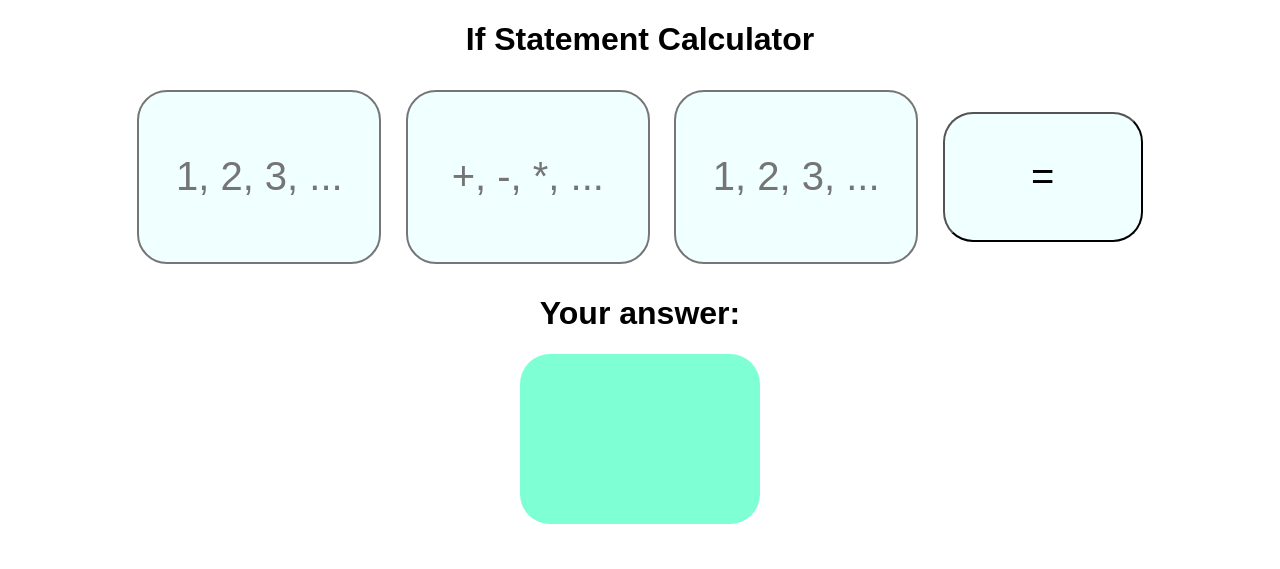
Repository: WesleyErasmus/threeInputCalculator
Page: html/if-calculator.html
These files come from the project's save history. The page is drawn as it stood at one moment and after the next save; the edit follows.
The browser window is 1280 px wide. The pictures show the whole page.

Above is the page before, as saved 2022-04-27 22:23:36.

### html/if-calculator.html
<!DOCTYPE html>
<html lang="en">
<head>
    <meta charset="UTF-8">
    <meta http-equiv="X-UA-Compatible" content="IE=edge">
    <meta name="viewport" content="width=device-width, initial-scale=1.0">
    <title>JS If Calculator</title>
    <link rel="stylesheet" href="/css/stylesheet.css">
    <script src="/js/if-calculator.js"></script>

</head>
<body>

<center>
    <form onsubmit="return false;">
        <h1>If Statement Calculator</h1>
        <!-- <div class="inputField"> -->
        <!-- <label for="input1">Enter a number</label> -->
         <input id="input1" type="text" name = "input1" placeholder="1, 2, 3, ..."> <!-- input-1 -->
        </div>
        <!-- <div class="inputField"> -->
         <!-- <label for="input3">Enter operator</label> -->
         <input id="input3" type="text" name = "input3" placeholder="+, -, *, ..."> <!-- input-3 (operator) -->
        </div>
        <!-- <div class="inputField"> -->
         <!-- <label for="input2">Enter a number </label> -->
         <input id="input2" type="text" name = "input2" placeholder="1, 2, 3, ..."> <!-- input-2 -->
        </div>
         <button onclick="sum()">=</button>
         <h1>Your answer:</h1>
         <p id="output"></p>
    </form>
</center>
</body>
</html>

### css/stylesheet.css
body {
font-family: sans-serif;
}
form {
display: block;
margin: 0 auto;
}
input {
    background-color: azure;
    width: 200px;
    height: 130px;
    padding: 20px;
    margin: 10px;
    text-align: center;
    font-size: 40px;
    border-radius: 30px;
    border-style: double;
}
button {
    background-color: azure;
    width: 200px;
    height: 130px;
    padding: 0;
    margin: 10px;
    font-size: 40px;
    border-radius: 30px;
}
p {
    text-align: center !important;
    vertical-align: middle !important;
    margin: 10px;
    width: 200px;
    height: 130px;
    padding: 20px;
    font-size: 75px;
    border-radius: 30px;
    background-color: aquamarine;
}

### js/if-calculator.js
function sum() {
const num1 = document.getElementById("input1").value;
const num2 = document.getElementById("input2").value;
const operator = document.getElementById("input3").value;
const output = document.getElementById("output").value;
  let answer;
  document.getElementById("output").value;
  if (operator == '+') {
    answer = +num1 + +num2;
    document.getElementById("output").innerHTML = answer;
  } else if (operator == '-') {
    answer = num1 - num2;
    document.getElementById("output").innerHTML = answer;
  } else if (operator == '*') {
    answer = num1 * num2;
    document.getElementById("output").innerHTML = answer;
  } else {
    answer = num1 / num2;
    document.getElementById("output").innerHTML = answer;
  }console.log(answer);
}

After the next save:
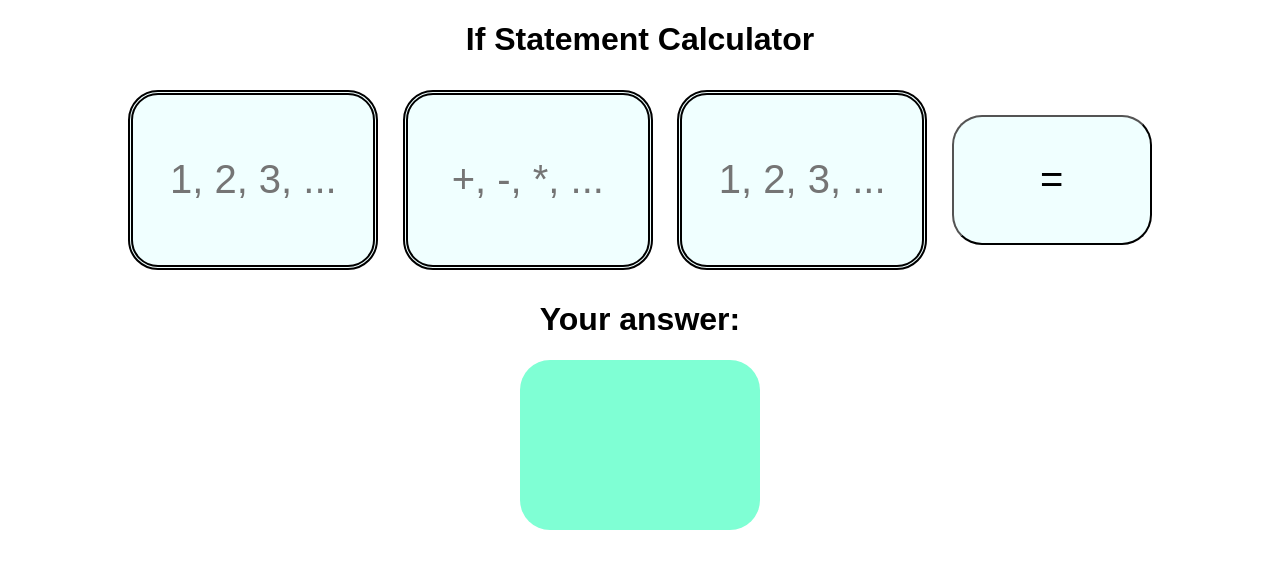
Saved 11 s later.
--- a/css/stylesheet.css
+++ b/css/stylesheet.css
@@ -14,6 +14,7 @@ input {
     text-align: center;
     font-size: 40px;
     border-radius: 30px;
+    border: 5px solid;
     border-style: double;
 }
 button {
